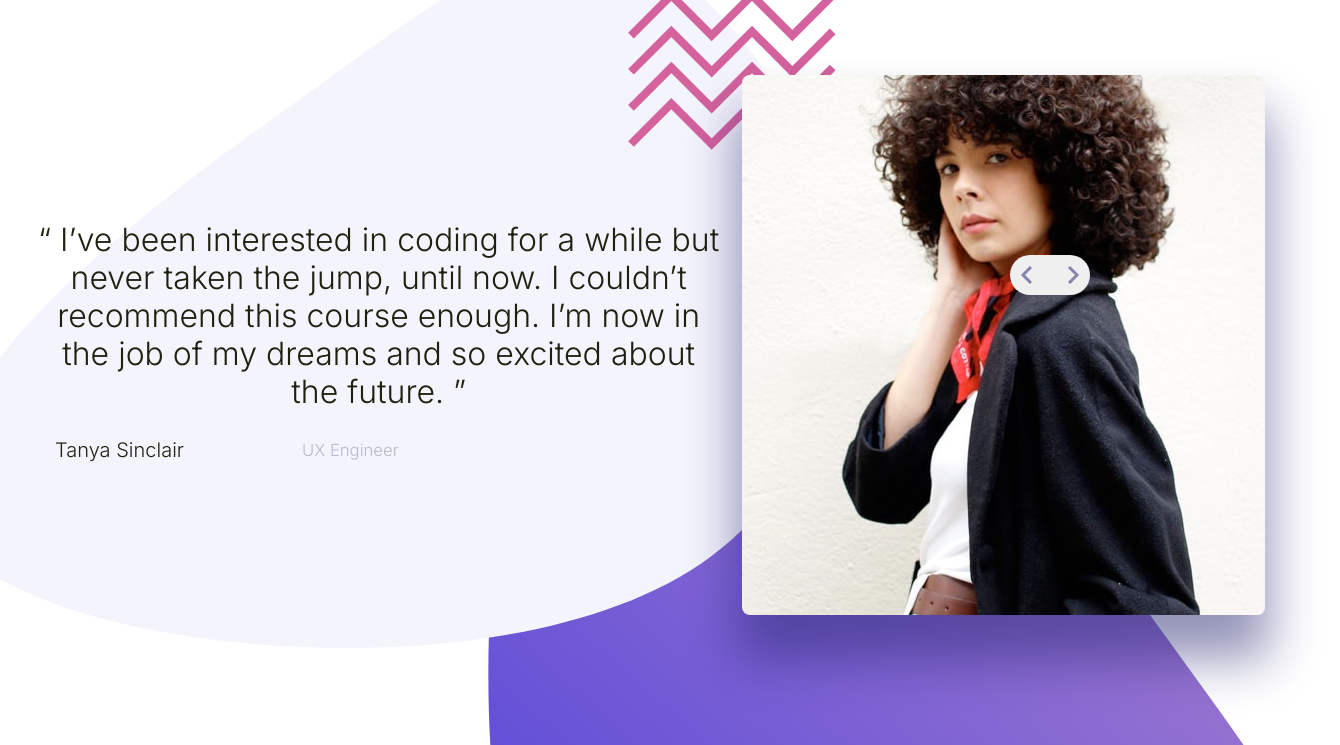
Repository: Hcmwebs/Coding-Bootcamp-Testimonials
Page: index.html
These files come from the project's save history. The page is drawn as it stood at one moment and after a run of saves; the edit follows.
The browser window is 1280 px wide. The page is 1340 px wide, so the pictures cover 1340 px, including what lies to the right of the window. The pictures show the whole page.
The style sheet was rebuilt from its Sass, Less or Tailwind sources for each picture, by a compiler version that may differ from the author's.

Above is the page before, as saved 2020-10-31 08:18:39.

After the next 2 saves:
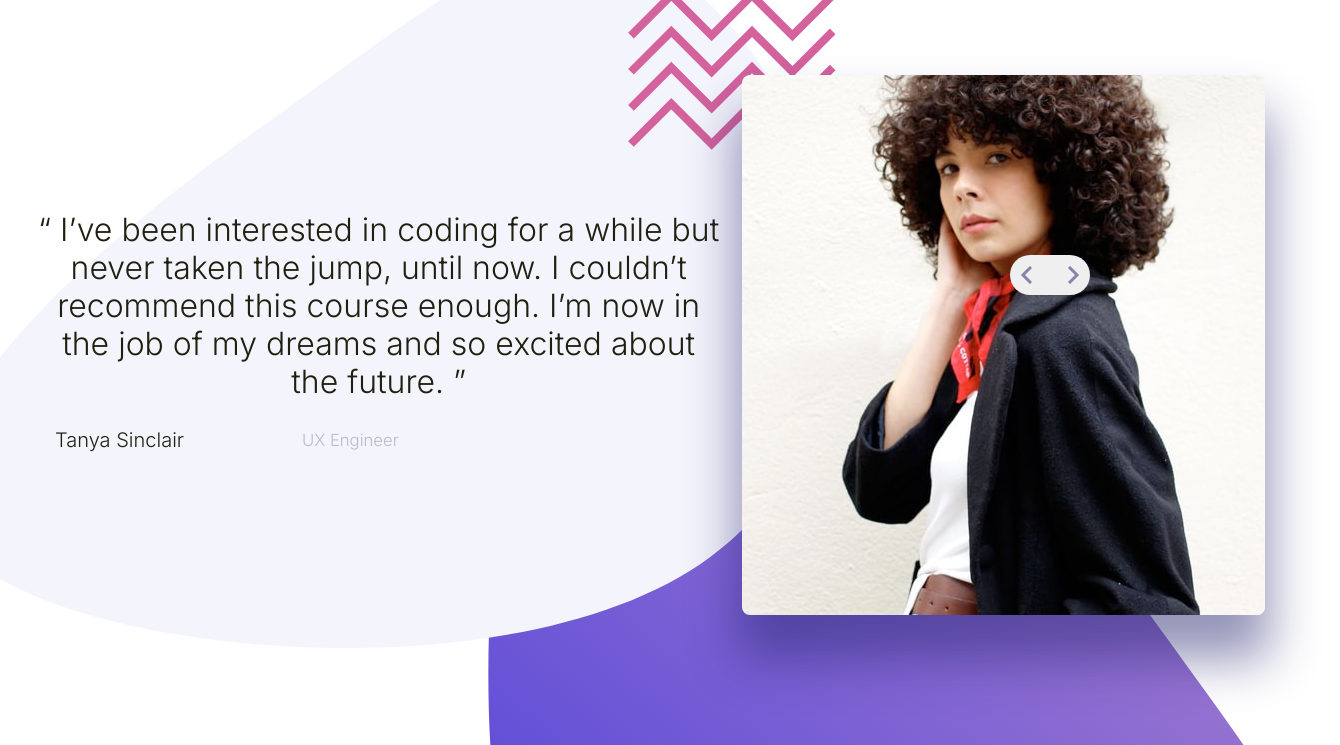
The 2 saves are shown as one change because 1 did not build or start.
The last was saved 7 min 25 s later.
--- a/scss/main.scss
+++ b/scss/main.scss
@@ -182,8 +182,7 @@ body{
       width: 50%;
       flex-direction: row;
       font-size: 20px;
-      margin-top: 20px;
-      margin-left: 20px;
+      margin: 20px;
       align-self: flex-start;
 
 
